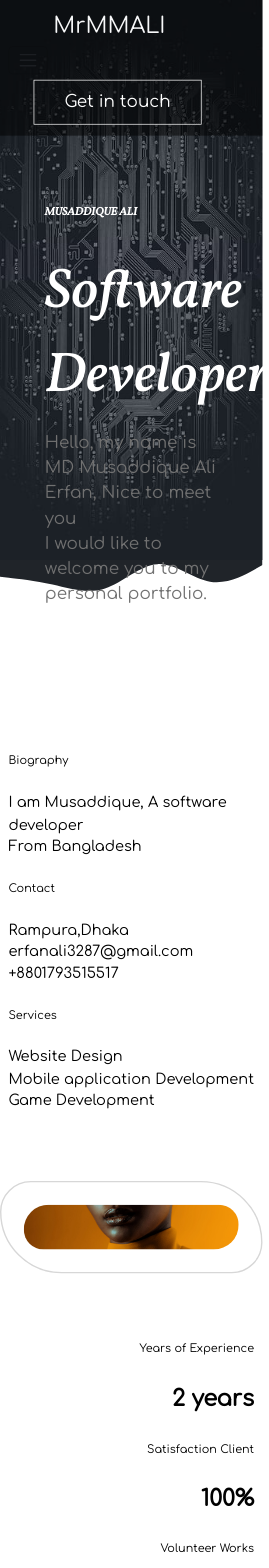
Repository: MMALI3287/Resume
Page: index.html
These files come from the project's save history. The page is drawn as it stood at one moment and after the next save; the edit follows.
The browser window is 375 px wide. The page is 384 px wide, so the pictures cover 384 px, including what lies to the right of the window. The pictures show the part of the page from y = 0 to 2240 px (the page is 11294 px tall), at 70% of full size.
Some web libraries are served in a nearby version.

Above is the page before, as saved 2023-07-16 02:39:59.

### index.html
<!DOCTYPE html>
<html lang="en">
  <head>
    <meta charset="UTF-8" />
    <meta name="viewport" content="width=device-width, initial-scale=1.0" />
    <link rel="stylesheet" href="css/bootstrap.css" />
    <link rel="stylesheet" href="css/style.css" />
    <title>Musaddique Ali - Web Development, Programmer </title>
  <link rel="stylesheet" href="css/style.css" />
  <script src="https://kit.fontawesome.com/03ffe29f8b.js" crossorigin="anonymous"></script>
  <!-- Google tag (gtag.js) -->
<script async src="https://www.googletagmanager.com/gtag/js?id=G-VLNF64TM34"></script>
<script>
  window.dataLayer = window.dataLayer || [];
  function gtag(){dataLayer.push(arguments);}
  gtag('js', new Date());

  gtag('config', 'G-VLNF64TM34');
</script>
  </head>
  <body>
    <div id="header">
      <nav class="navbar navbar-expand-lg position-fixed top-0 w-100">
        <div class="container-fluid">
          <a class="navbar-brand logo text-light" href="#">MrMMALI</a>
          <button
            class="navbar-toggler"
            type="button"
            data-bs-toggle="collapse"
            data-bs-target="#navbarNav"
            aria-controls="navbarNav"
            aria-expanded="false"
            aria-label="Toggle navigation"
          >
            <span class="navbar-toggler-icon"></span>
          </button>
          <div class="collapse navbar-collapse" id="navbarNav">
            <ul class="navbar-nav">
              <li class="nav-item">
                <a
                  class="nav-link active text-light"
                  aria-current="page"
                  href="#"
                  >Home</a
                >
              </li>
              <li class="nav-item">
                <a class="nav-link text-light" href="#portfolio">Portfolio</a>
              </li>
              <li class="nav-item">
                <a class="nav-link text-light" href="#expertise">Expertise</a>
              </li>
              <li class="nav-item">
                <a class="nav-link text-light" href="#about">About</a>
              </li>
              <li class="nav-item">
                <a class="nav-link text-light" href="#serv">Services</a>
              </li>
              <li class="nav-item">
                <a class="nav-link text-light" href="#projects">Projects</a>
              </li>
            </ul>
          </div>
        </div>
        <div class="git rounded-0" >
          <a class="cont" href="#contact">
            Get in touch
          </a>
        </div>
      </nav>
      <div class="land">
        <div class="header-text">
          <p class="mb-0">MUSADDIQUE ALI</p>
        </div>
        <div class="subheader">
          <p>Software Developer</p>
        </div>
        <div class="sub">
          <p>
            Hello, my name is MD Musaddique Ali Erfan, Nice to meet you <br />
            I would like to welcome you to my personal portfolio.
          </p>
        </div>
      </div>
    </div>
    <div class="abt">
    <svg xmlns="http://www.w3.org/2000/svg" viewBox="0 100 1440 320">
      <path
        fill="#202429"
        fill-opacity="1"
        d="M0,192L48,197.3C96,203,192,213,288,234.7C384,256,480,288,576,256C672,224,768,128,864,122.7C960,117,1056,203,1152,218.7C1248,235,1344,181,1392,154.7L1440,128L1440,0L1392,0C1344,0,1248,0,1152,0C1056,0,960,0,864,0C768,0,672,0,576,0C480,0,384,0,288,0C192,0,96,0,48,0L0,0Z"
      ></path>
    </svg>
    <div class="container" id="portfolio">
      <div class="row">
        <div class="col-md-3">
          <p class="biog">Biography</p>
          <p class="subtext">
            I am Musaddique, A software developer <br />
            From Bangladesh
          </p>
          <p>Contact</p>
          <p class="subtext">
            Rampura,Dhaka <br />erfanali3287@gmail.com <br />+8801793515517
          </p>
          <p>Services</p>
          <p class="subtext bot">
            Website Design <br />Mobile application Development <br />Game
            Development
          </p>
        </div>
        <div class="col-md-6 capbord">
          <div id="capsule"></div>
        </div>
        <div class="col-md-3">
          <p class="biog text-end">Years of Experience</p>
          <p class="subtext2 text-end">2 years</p>
          <p class="text-end">Satisfaction Client</p>
          <p class="subtext2 text-end">100%</p>
          <p class="text-end">Volunteer Works</p>
          <p class="subtext2 text-end">5+</p>
          <p class="text-end">Projects</p>
          <p class="subtext2 text-end">10+</p>
        </div>
      </div>
    </div>
    <svg xmlns="http://www.w3.org/2000/svg" viewBox="0 0 1440 320"><path fill="#202429" fill-opacity="1" d="M0,256L24,229.3C48,203,96,149,144,144C192,139,240,181,288,197.3C336,213,384,203,432,218.7C480,235,528,277,576,272C624,267,672,213,720,202.7C768,192,816,224,864,202.7C912,181,960,107,1008,112C1056,117,1104,203,1152,208C1200,213,1248,139,1296,122.7C1344,107,1392,149,1416,170.7L1440,192L1440,320L1416,320C1392,320,1344,320,1296,320C1248,320,1200,320,1152,320C1104,320,1056,320,1008,320C960,320,912,320,864,320C816,320,768,320,720,320C672,320,624,320,576,320C528,320,480,320,432,320C384,320,336,320,288,320C240,320,192,320,144,320C96,320,48,320,24,320L0,320Z"></path></svg>

    <div class="advantage bg-dark text-center" id="expertise">
      <div class="container">
        <div class="row">
          <p class="mexp">My Expertise</p>
        </div>
        <div class="row">
          <div class="col-md-2">
            <img
              src="assets/images/c-.png"
              height="100px"
              width="100px"
              alt="c++"
            />
            <br />
            <p class="text-light h1 mb-5 mt-5 fw-bold">91%</p>
            <p class="text-light h5 p-5">C++</p>
          </div>
          <div class="col-md-2">
            <img
              src="assets/images/android-icon.svg"
              height="100px"
              width="100px"
              alt="c++"
            /><br />
            <p class="text-light h1 mb-5 mt-5 fw-bold">84%</p>
            <p class="text-light h5 p-5">Android</p>
          </div>
          <div class="col-md-2">
            <img
              src="assets/images/flutterio-icon.svg"
              height="100px"
              width="100px"
              alt="c++"
            /><br />
            <p class="text-light h1 mb-5 mt-5 fw-bold">78%</p>
            <p class="text-light h5 p-5">Flutter</p>
          </div>
          <div class="col-md-2">
            <img
              src="assets/images/unity.png"
              height="100px"
              width="100px"
              alt="c++"
            /><br />
            <p class="text-light h1 mb-5 mt-5 fw-bold">76%</p>
            <p class="text-light h5 p-5">Unity</p>
          </div>
          <div class="col-md-2">
            <img
              src="assets/images/ADBE.svg"
              height="100px"
              width="100px"
              alt="c++"
            /><br />
            <p class="text-light h1 mb-5 mt-5 fw-bold">83%</p>
            <p class="text-light h5 p-5">Adobe</p>
          </div>
          <div class="col-md-2">
            <img
              src="https://upload.wikimedia.org/wikipedia/commons/0/0e/Microsoft_365_%282022%29.svg"
              height="100px"
              width="100px"
              alt="c++"
            /><br />
            <p class="text-light h1 mb-5 mt-5 fw-bold">94%</p>
            <p class="text-light h5 p-5">Office</p>
          </div>
        </div>
      </div>
    </div>
  </div>

    <svg xmlns="http://www.w3.org/2000/svg" viewBox="0 0 1440 320"><path fill="#202429" fill-opacity="1" d="M0,160L48,181.3C96,203,192,245,288,250.7C384,256,480,224,576,197.3C672,171,768,149,864,165.3C960,181,1056,235,1152,250.7C1248,267,1344,245,1392,234.7L1440,224L1440,0L1392,0C1344,0,1248,0,1152,0C1056,0,960,0,864,0C768,0,672,0,576,0C480,0,384,0,288,0C192,0,96,0,48,0L0,0Z"></path></svg>

    <!-- * about -->
  <div id="about">
    <div class="container">
      <div class="rowc">
        <div class="about-col-1">
          <img src="assets/images/capsule.jpg" alt="user" />
        </div>
        <div class="about-col-2">
          <h2 class="sub-title text-dark">About Me</h2>
          <p class="h5 fw-500">
            I am a software developer. I have been working as a software developer for 6 months. I have
            experience in web development, app development, and UI/UX design. I am a hardworking and
            dedicated person. I am always ready to learn new things.
          </p>
          <div class="tab-titles">
            <p class="tab-links active-link" onclick="opentab('skills')">Skills</p>
            <p class="tab-links" onclick="opentab('experience')"">Experience</p>
              <p class=" tab-links" onclick="opentab('education')"">Education</p>
            </div>
            <div class=" tab-contents active-tab" id="skills">
            <ul>
              <li><span>UI/UX</span><br />Designing Web/App Interface</li>
              <li><span>Web Development</span><br />Web app Development</li>
              <li>
                <span>App Development</span><br />Building Android/iOS apps
              </li>
            </ul>
          </div>
          <div class="tab-contents" id="experience">
            <ul>
              <li>
                <span>2022 - Current</span><br />Software Developer Intern at
                TETON Pvt ltd
              </li>
            </ul>
          </div>
          <div class="tab-contents" id="education">
            <ul>
              <li>
                <span>Current</span><br />BSc. from Ahsanullah University of
                Science and Technology
              </li>
              <li>
                <span>2020</span> <br />
                HSC from Saint Joseph Higher Secondary School and College
              </li>
              <li>
                <span>2018</span><br />SSC from Ideal School and College
              </li>
            </ul>
          </div>
        </div>
      </div>
    </div>
  </div>
  <svg xmlns="http://www.w3.org/2000/svg" id="serv" viewBox="0 0 1440 320"><path fill="#202429" fill-opacity="1" d="M0,224L24,202.7C48,181,96,139,144,138.7C192,139,240,181,288,197.3C336,213,384,203,432,218.7C480,235,528,277,576,282.7C624,288,672,256,720,224C768,192,816,160,864,160C912,160,960,192,1008,181.3C1056,171,1104,117,1152,122.7C1200,128,1248,192,1296,197.3C1344,203,1392,149,1416,122.7L1440,96L1440,320L1416,320C1392,320,1344,320,1296,320C1248,320,1200,320,1152,320C1104,320,1056,320,1008,320C960,320,912,320,864,320C816,320,768,320,720,320C672,320,624,320,576,320C528,320,480,320,432,320C384,320,336,320,288,320C240,320,192,320,144,320C96,320,48,320,24,320L0,320Z"></path></svg>


  <!-- * services -->
  <div id="services">
    <div class="container">
      <h2 class="sub-title">My Services</h2>
      <div class="services-list">
        <div>
          <i class="fa-solid fa-crop"></i>
          <h2>Game Development</h2>
          <p>
            Game Development is the art of creating captivating and immersive interactive experiences. It combines technical expertise, artistic creativity, and player psychology to craft unforgettable games.
          </p>
          <a href="https://www.freecodecamp.org/news/what-is-game-development/">Learn more</a>
        </div>
        <div>
          <i class="fa-solid fa-code"></i>
          <h2>Web Development</h2>
          <p>
            Web Development is the process of creating a website for the internet. It is a process of creating a website for the internet.
          </p>
          <a href="https://brainstation.io/career-guides/what-is-web-development">Learn more</a>
        </div>
        <div>
          <i class="fa-solid fa-mobile-screen"></i>
          <h2>App Development</h2>
          <p>
            App Development is the process of creating a mobile application for smartphones and tablets. It is a process of creating a mobile application for smartphones and tablets.
          </p>
          <a href="https://orases.com/what-is-app-development/">Learn more</a>
        </div>
      </div>
    </div>
  </div>
<svg xmlns="http://www.w3.org/2000/svg" id="projects" viewBox="0 0 1440 320"><path fill="#202429" fill-opacity="1" d="M0,256L24,234.7C48,213,96,171,144,170.7C192,171,240,213,288,224C336,235,384,213,432,213.3C480,213,528,235,576,224C624,213,672,171,720,149.3C768,128,816,128,864,122.7C912,117,960,107,1008,138.7C1056,171,1104,245,1152,261.3C1200,277,1248,235,1296,208C1344,181,1392,171,1416,165.3L1440,160L1440,0L1416,0C1392,0,1344,0,1296,0C1248,0,1200,0,1152,0C1104,0,1056,0,1008,0C960,0,912,0,864,0C816,0,768,0,720,0C672,0,624,0,576,0C528,0,480,0,432,0C384,0,336,0,288,0C240,0,192,0,144,0C96,0,48,0,24,0L0,0Z"></path></svg>

  <!-- -------------------portfolio------------------- -->
  <div id="portfolio">
    <div class="container">
      <h2 class="sub-title text-dark">My Latest Projects</h2>
      <div class="work-list">
        <div class="work">
          <div class="p-2 rounded-3 border bg-danger"><img src="assets/images/wordmaestro.jpg" height="250px" alt="UX"></div>
          <div class="layer">
            <p class="text-light h1">
              Word Maestro
            </p>
            <p class="text-light h5 mt-3">
              A puzzle game made with C++ for all ages
            </p>
            <a href="https://github.com/MMALI3287/Word-Maestro"><i class="fa-sharp fa-solid fa-up-right-from-square"></i></a>
          </div>
          <p class="h3 mt-4">Word Maestro</p>
          <p class="h6">Game Development with C++</p>
        </div>
        <div class="work">
          <div class="p-2 rounded-3 border bg-danger"><img src="assets/images/resortadmin.jpg"  height="250px"  alt="Web"></div>
          <div class="layer">
            <p class="text-light h1">
              Resort Administration
            </p>
            <p class="text-light h5 mt-3">
              A database application made with MySQL and Java in NetBeans to manage a resort
            </p>
            <a href="https://github.com/MMALI3287/Resort-Administration"><i class="fa-sharp fa-solid fa-up-right-from-square"></i></a>
          </div>
          <p class="h3 mt-4">Resort Administration</p>
          <p class="h6">Software Development with Java</p>
        </div>
        <div class="work">
          <div class="p-2 rounded-3 border bg-danger"> <img src="assets/images/reuse.png"  height="250px"  alt="App"></div>
          <div class="layer">
            <p class="text-light h1">
              ReUse
            </p>
            <p class="text-light h5 mt-3">
              An android application to donate unwanted items to the needy
            </p>
            <a href="https://github.com/MMALI3287/ReUse"><i class="fa-sharp fa-solid fa-up-right-from-square"></i></a>
          </div>
          <p class="h3 mt-4">ReUse</p>
          <p class="h6">Mobile Development with Android</p>
        </div>
      </div>
      <a href="https://github.com/MMALI3287?tab=repositories" class="btnc text-dark">See more</a>
    </div>
  </div>
  <svg xmlns="http://www.w3.org/2000/svg" viewBox="0 20 1440 300"><path fill="#202429" fill-opacity="1" d="M0,128L48,160C96,192,192,256,288,272C384,288,480,256,576,250.7C672,245,768,267,864,240C960,213,1056,139,1152,133.3C1248,128,1344,192,1392,224L1440,256L1440,320L1392,320C1344,320,1248,320,1152,320C1056,320,960,320,864,320C768,320,672,320,576,320C480,320,384,320,288,320C192,320,96,320,48,320L0,320Z"></path></svg>
  <!-- -------------------contact------------------- -->
  <div id="contact">
    <div class="container">
      <div class="row">
        <div class="contact-left">
          <h2 class="sub-title">
            Contact Me
          </h2>
          <p class="text-light"><i class="fa-solid fa-envelope"></i> erfanali3287@gmail.com</p>
          <p class="text-light"><i class="fa-solid fa-phone"></i> +880 1793 515 517</p>
          <p class="text-light"><i class="fa-solid fa-location-dot"></i> Dhaka, Bangladesh</p>
          <div class="social-icons">
            <a href="https://www.facebook.com/musaddique.mmali/"><i class="fa-brands fa-facebook"></i></a>
            <a href="https://twitter.com/MusaddiqueMMALI/"><i class="fa-brands fa-twitter"></i></a>
            <a href="https://www.instagram.com/mdmusaddiquealierfan/"><i class="fa-brands fa-instagram"></i></a>
            <a href="https://www.linkedin.com/in/musaddique-ali/"><i class="fa-brands fa-linkedin"></i></a>
            <a href="https://github.com/MMALI3287/"><i class="fa-brands fa-github"></i></a>
          </div>
          <a href="images/resume.pdf" download class="btnc btn2">Download Resume</a>
        </div>
        <div class="contact-right">
          <form name="submit-to-google-sheet">
            <input type="text" name="Name" placeholder="Your Name" required>
            <input type="email" name="E-Mail" placeholder="Your Email" required>
            <textarea name="Message" rows="6" placeholder="Your Message"></textarea>
            <button type="submit" class="btnc btn2">Send</button>
          </form>
          <span id="msg"></span>
        </div>
      </div>
    </div>
      <div class="copyright">
        <p>Copyright © Musaddique Ali. Thank you for visiting <i class="fas fa-heart"></i></p>
      </div>
    </div>

    <script src="js/bootstrap.js"></script>
    <script src="js/index.js"></script>
  </body>
</html>

### css/style.css
@import url("https://fonts.googleapis.com/css2?family=Vollkorn:ital,wght@1,500&display=swap");
@import url("https://fonts.googleapis.com/css2?family=Comfortaa&family=Vollkorn:ital,wght@1,500&display=swap");

* {
  margin: 0;
  padding: 0;
  box-sizing: border-box;
}

.navbar {
  background-color: #00000082;
}

html {
  scroll-behavior: smooth;
}

body {
  color: #fff;
  font-family: "Comfortaa", cursive;
}

.logo {
  font-size: 2rem;
  margin: 0 5rem 0 4rem;
}
.git {
  font-size: 1.5rem;
  margin: 0.5rem 3rem;
  width: 15rem;
  height: 4rem;
  background: transparent;
  color: white;
  border: 1px solid white;
  display: flex;
  justify-content: center;
  align-items: center;
}

.git:hover {
  background: white;
}

.cont:hover {
  color: black;
}

.cont {
  text-decoration: none;
  color: white;
}

#header {
  font-size: 1.5rem;
  width: 100%;
  height: 100vh;
  background: url(../assets/images/landingback.jpg) no-repeat;
  background-size: cover;
  background-position: center;
  background-position: center;
  position: absolute;
  top: 0;
}

.abt {
  margin-top: 100vh;
}

.header-text {
  font-family: "Vollkorn", serif;
  line-height: 7rem;
  margin-top: 25%;
  font-size: 8rem;
  font-weight: 700;
}
.subheader {
  font-family: "Vollkorn", serif;
  font-size: 5rem;
}
.sub {
  font-size: 1.5rem;
  color: rgb(113, 113, 113);
  font-weight: 400;
}
.land {
  padding: 0 4rem;
}

.container {
  color: black;
  padding-top: 3rem;
}

nav ul li {
  display: inline-block;
  list-style: none;
  margin: 10px 20px;
  flex-wrap: wrap;
  justify-content: center;
}

nav ul li a {
  text-decoration: none;
  color: #fff;
  font-size: 18px;
  font-weight: 500;
  position: relative;
}

nav ul li a::after {
  content: "";
  display: block;
  width: 0;
  height: 3px;
  background: #ff004f;
  transition: 0.5s;
  position: absolute;
  bottom: -6px;
  left: 0;
}

nav ul li a:hover::after {
  width: 100%;
}

#capsule {
  width: 100%;
  height: 100%;
  background: url(../assets/images/capsule.jpg) no-repeat;
  background-size: cover;
  background-position: center;
  border-radius: 250px 200px;
  padding: 2rem;
}

.biog {
  margin-top: 6rem;
}

.subtext {
  margin: 2rem 0;
  font-size: 1.3rem;
  font-weight: 500;
}

.bot {
  margin-bottom: 6.2rem;
}

.subtext2 {
  margin: 2.2rem 0;
  font-size: 2rem;
  font-weight: 700;
}

.capbord {
  border: 2px solid rgb(215, 215, 215);
  border-radius: 200px 400px;
  padding: 2rem;
}

.advantage {
  padding: 6rem;
  padding-top: 10rem;
  color: azure;
}

.mexp {
  color: azure;
  font-size: 3.5rem;
  font-weight: 500;
  margin-bottom: 10rem;
  justify-content: center;
  display: flex;
}

/* * about */
#about {
  padding: 80px 0;
  color: #ababab;
}

.rowc {
  margin-top: 8rem;
  display: flex;
  justify-content: space-between;
  align-items: center;
  flex-wrap: wrap;
}

.about-col-1 {
  flex-basis: 35%;
}

.about-col-1 img {
  width: 100%;
  border-radius: 15px;
}

.about-col-2 {
  flex-basis: 60%;
}

.sub-title {
  font-size: 60px;
  font-weight: 600;
  color: #fff;
}

.tab-titles {
  display: flex;
  align-items: center;
  margin: 20px 0 40px;
}

.tab-links {
  margin-right: 50px;
  display: flex;
  justify-content: space-between;
  align-items: center;
  flex-wrap: wrap;
  font-size: 1.3rem;
  font-weight: 500;
  cursor: pointer;
  position: relative;
}

.tab-links::after {
  content: "";
  display: block;
  width: 0;
  height: 3px;
  background: #ff004f;
  transition: 0.5s;
  position: absolute;
  bottom: -8px;
  left: 0;
}

.tab-links.active-link::after {
  width: 50%;
}

.tab-contents ul li {
  list-style: none;
  margin: 10px 0;
  flex-wrap: wrap;
  justify-content: center;
  font-size: 1.1rem;
}

.tab-contents ul li span {
  color: #b83d64;
  font-size: 1.5rem;
  font-weight: 600;
}

.tab-contents {
  display: none;
}

.tab-contents.active-tab {
  display: block;
}

/* * services */
#services {
  padding: 30px 0;
  background-color: #202429;
}

.services-list {
  display: grid;
  grid-template-columns: repeat(auto-fit, minmax(250px, 1fr));
  grid-gap: 40px;
  margin-top: 50px;
}

.services-list div {
  background: #060606;
  color: #fff;
  padding: 40px;
  font-size: 13px;
  font-weight: 300;
  border-radius: 10px;
  transition: background 0.5s, transform 0.5s;
}

.services-list div i {
  color: #fff;
  font-size: 50px;
  margin-bottom: 30px;
}

.services-list div h2 {
  color: #fff;
  font-size: 30px;
  font-weight: 500;
  margin-bottom: 15px;
}

.services-list div a {
  text-decoration: none;
  color: #fff;
  font-size: 12px;
  margin-top: 20px;
  display: inline-block;
}

.services-list div:hover {
  background: #ff004f;
  transform: translateY(-10px);
}

/* * portfolio */
#portfolio {
  justify-content: center;
  margin-top: 3rem;
}

.work-list {
  display: grid;
  grid-template-columns: repeat(auto-fit, minmax(250px, 1fr));
  grid-gap: 40px;
  margin-top: 50px;
}

.work {
  border-radius: 10px;
  position: relative;
  overflow: hidden;
}

.work img {
  width: 100%;
  border-radius: 10px;
  display: block;
  transition: transform 0.5s;
}

.layer {
  width: 100%;
  height: 0;
  background: linear-gradient(rgba(0, 0, 0, 0.6), #ff004f);
  border-radius: 10px;
  position: absolute;
  left: 0;
  bottom: 0;
  overflow: hidden;
  display: flex;
  align-items: center;
  justify-content: center;
  flex-direction: column;
  padding: 0 40px;
  text-align: center;
  font-size: 14px;
  transition: height 0.5s;
}

.layer h3 {
  font-weight: 500;
  margin-bottom: 20px;
}

.layer a {
  text-decoration: none;
  color: #ff004f;
  font-size: 18px;
  line-height: 60px;
  margin-top: 20px;
  background: #fff;
  width: 60px;
  height: 60px;
  border-radius: 50%;
  text-align: center;
}

.work:hover img {
  transform: scale(1.1);
}

.work:hover .layer {
  height: 100%;
}

.btnc {
  display: block;
  margin: 50px auto;
  width: fit-content;
  border: 1px solid #ff004f;
  padding: 14px 50px;
  border-radius: 10px;
  text-decoration: none;
  color: #fff;
  transition: background 0.5s;
  font-size: 1.5rem;
  font-weight: 500;
}

.btnc:hover {
  background: #ff004f;
}

/* * contact */

#contact {
  background-color: #202429;
}

.contact-left {
  flex-basis: 35%;
}
.contact-right {
  flex-basis: 60%;
}

.contact-left p {
  margin-top: 30px;
}

.contact-left p i {
  color: #ff004f;
  margin-right: 15px;
  font-size: 25px;
}

.social-icons {
  margin-top: 30px;
}

.social-icons a {
  text-decoration: none;
  display: inline-block;
  font-size: 30px;
  color: #ababab;
  border-radius: 50%;
  margin-right: 15px;
  transition: background 0.5s;
}
.social-icons a:hover {
  color: #ff004f;
  background: #fff;
  height: 40px;
  width: 45px;
  line-height: 40px;
  text-align: center;
  font-size: 35px;
  transform: translateY(-5px);
}
.btnc.btn2 {
  display: inline-block;
  background: #ff004f;
  color: #fff;
  border: 1px solid #ff004f;
  margin-top: 30px;
  padding: 14px 50px;
  border-radius: 10px;
  text-decoration: none;
  transition: background 0.5s;
}

.contact-right form {
  width: 100%;
}

form input,
form textarea {
  width: 100%;
  padding: 15px 20px;
  margin: 15px 0;
  outline: none;
  border: 0;
  border-radius: 10px;
  font-size: 18px;
  color: #fff;
  background: #060606;
}

form .btn2 {
  padding: 14px 60px;
  font-size: 18px;
  margin-top: 20px;
  cursor: pointer;
}

.copyright {
  width: 100%;
  text-align: center;
  padding: 25px 0;
  background: #060606;
  font-weight: 300;
  margin-top: 20px;
}

.copyright i {
  color: #ff004f;
  font-size: 20px;
}

nav .fas {
  display: none;
}

#msg {
  color: #61b752;
  margin-top: -40px;
  display: block;
  font-size: 16px;
  font-weight: 500;
  text-align: center;
}

/* ------------------------------- css for small screens ------------------------------ */

@media only screen and (max-width: 600px) {
  #header {
    background-image: url(../images/bg-mobile.jpg);
  }
  .header-text {
    margin-top: 100%;
    font-size: 16px;
  }
  .header-text h1 {
    font-size: 30px;
  }

  h2 {
    font-size: 25px;
  }

  nav .fas {
    display: block;
    font-size: 25px;
  }
  nav ul {
    background: #ff004f;
    position: fixed;
    top: 0;
    right: -200px;
    width: 200px;
    height: 100vh;
    padding-top: 50px;
    z-index: 2;
    transition: right 0.5s;
  }
  nav ul li {
    display: block;
    margin: 25px;
  }
  nav ul .fas {
    position: absolute;
    top: 25px;
    left: 25px;
    cursor: pointer;
  }
  .sub-title {
    font-size: 40px;
  }
  .about-col-1,
  .about-col-2 {
    flex-basis: 100%;
  }
  .about-col-1 {
    margin-bottom: 30px;
  }
  .about-col-2 {
    font-size: 14px;
  }
  .tab-links {
    font-size: 16px;
    margin-right: 20px;
  }
  .contact-left,
  .contact-right {
    flex-basis: 100%;
  }
  .copyright {
    font-size: 14px;
  }
  form .btn2 {
    padding: 14px 40px;
    width: 100%;
  }
}

Loaded but not shown: css/bootstrap.css (library); js/bootstrap.js (library); js/index.js (35 lines, source omitted)

After the next save:
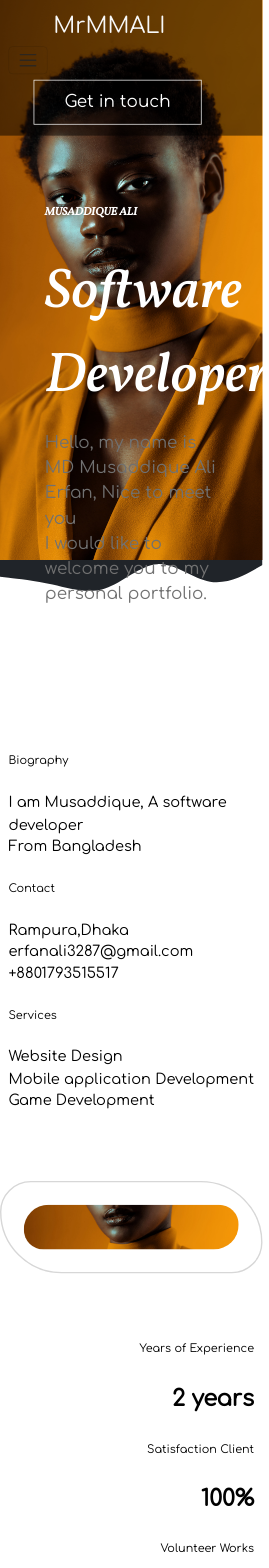
Saved 2 min 19 s later.
--- a/css/style.css
+++ b/css/style.css
@@ -514,7 +514,7 @@
 
 @media only screen and (max-width: 600px) {
   #header {
-    background-image: url(../images/bg-mobile.jpg);
+    background-image: url(../assets/images/capsule.jpg);
   }
   .header-text {
     margin-top: 100%;

After the save that followed:
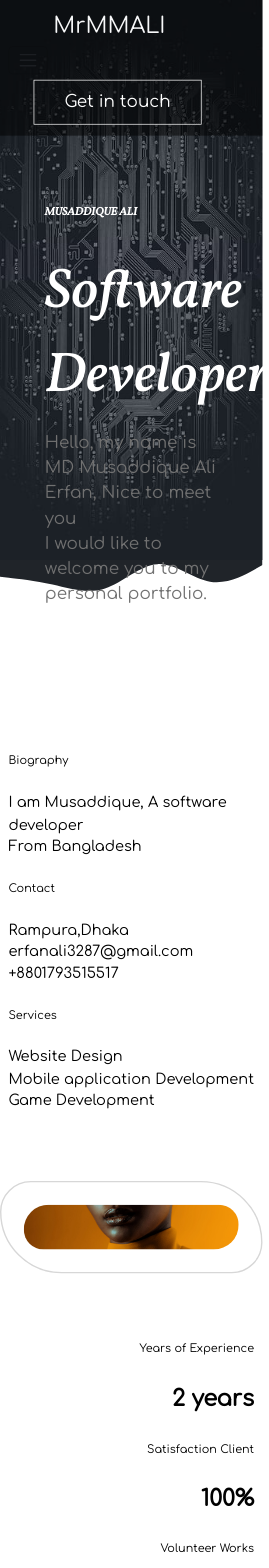
Saved 48 s later.
--- a/css/style.css
+++ b/css/style.css
@@ -514,7 +514,7 @@
 
 @media only screen and (max-width: 600px) {
   #header {
-    background-image: url(../assets/images/capsule.jpg);
+    background-image: url(../assets/images/bg-mobile.jpg);
   }
   .header-text {
     margin-top: 100%;
